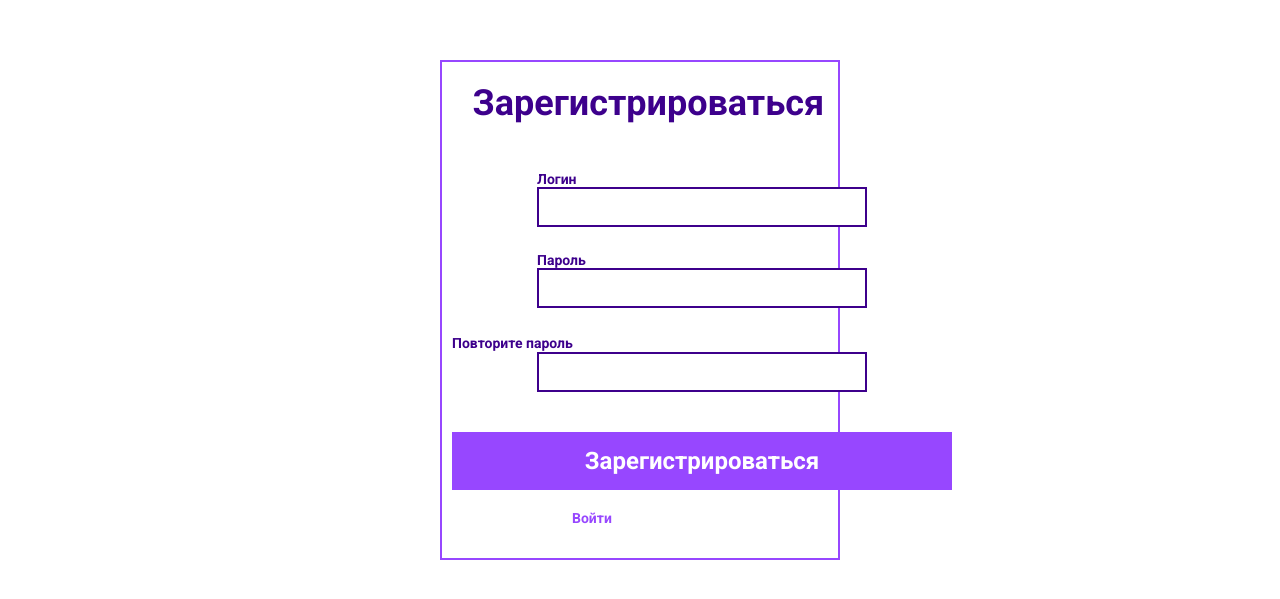
Repository: TimurZinatulin/Web_Shishki_1
Page: /profile
These files come from the project's save history. The page is drawn as it stood at one moment and after the next save; the edit follows.
The browser window is 1280 px wide. The pictures show the whole page.
The project was rebuilt for these pictures with package versions that can differ from the ones it lists, and the page was loaded fresh each time. Also part of the build but not shown: vite.config.js, vue.config.js, src/views/LoginView.vue, src/components/HelloWorld.vue, src/views/MainView.vue, src/views/HomeView.vue, src/views/EditView.vue, src/views/FavoriteView.vue and 4 more.

Above is the page before, as saved 2023-06-10 23:09:56.
Console error: TypeError: Cannot read properties of null (reading 'user')

After the next save:
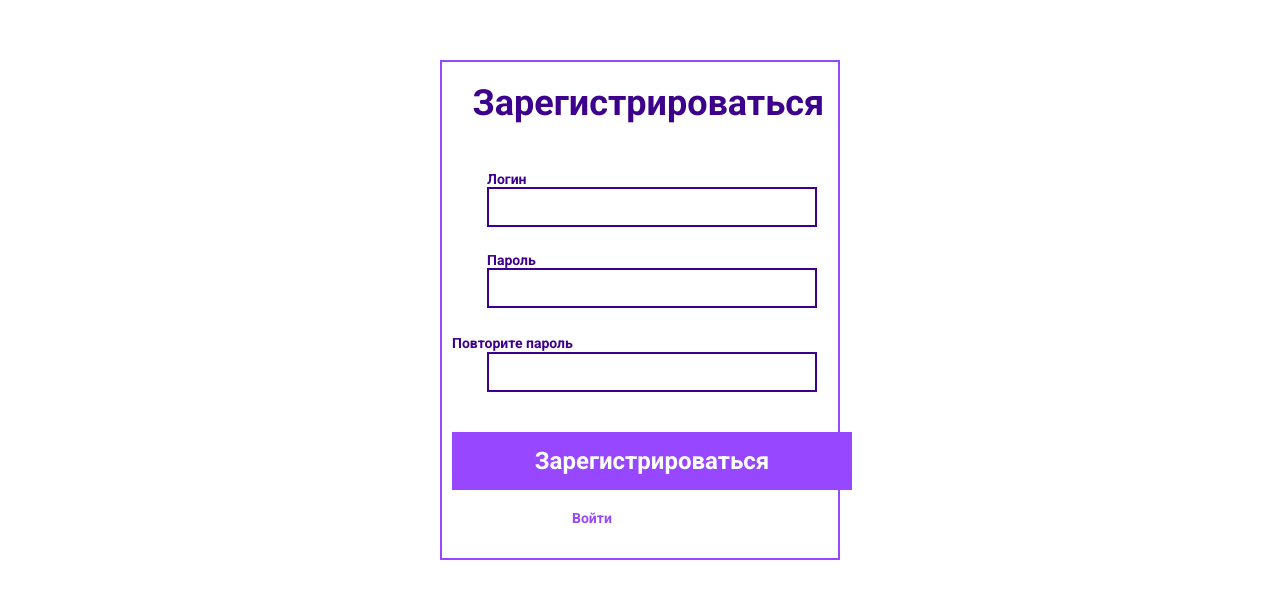
Saved 6 s later.
--- a/src/views/RegisterView.vue
+++ b/src/views/RegisterView.vue
@@ -8,7 +8,7 @@
             <input class="input1" style="top: -75px;" type="password" v-model="password">
             <p class="p" style="display:inline; position:relative; left: 0px;">Повторите пароль</p>
             <input class="input1" style="top: -70px;" type="password" v-model="password">
-            <button type="submit" id="log_btn" style="width: 500px;">Зарегистрироваться</button>
+            <button type="submit" id="log_btn" style="width: 400px;">Зарегистрироваться</button>
         </form>
     </div>
 </template>
